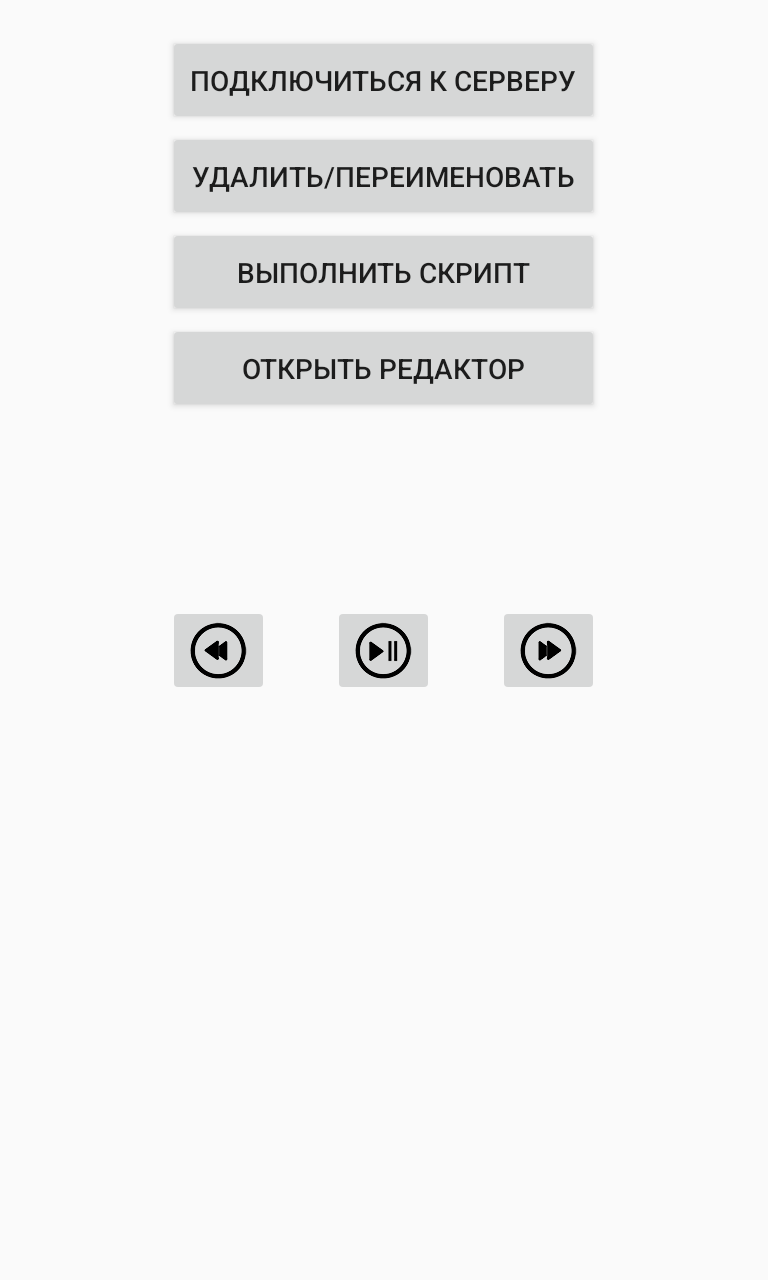
Repository: Laboratory711/Nightjar
Layout: android/Nightjar/workspace/Nightjar/res/layout/fragment_lab1.xml
An editor plug-in stored every save of this project. The layout is shown before and after the next save, followed by the edit.
It is drawn on a 768 x 1280 px phone screen (xhdpi) without system bars, with theme AppTheme; the app's code is not run.

Above is the layout before, as saved 2014-03-30 00:08:42.

### android/Nightjar/workspace/Nightjar/res/layout/fragment_lab1.xml
<RelativeLayout xmlns:android="http://schemas.android.com/apk/res/android"
    xmlns:tools="http://schemas.android.com/tools"
    android:layout_width="match_parent"
    android:layout_height="match_parent"
    android:paddingBottom="@dimen/activity_vertical_margin"
    android:paddingLeft="@dimen/activity_horizontal_margin"
    android:paddingRight="@dimen/activity_horizontal_margin"
    android:paddingTop="@dimen/activity_vertical_margin"
    tools:context="ru.vint.labsoo.Lab1$PlaceholderFragment" >

    <Button
        android:id="@+id/button1"
        android:layout_width="wrap_content"
        android:layout_height="wrap_content"
        android:layout_alignParentTop="true"
        android:layout_centerHorizontal="true"
        android:onClick="onClickButtom1"
        android:text="@string/text_buttom_Name" />

    <ImageButton
        android:id="@+id/imageButton2"
        android:layout_width="wrap_content"
        android:layout_height="wrap_content"
        android:layout_alignTop="@+id/imageButton3"
        android:layout_centerHorizontal="true"
        android:onClick="onClickPlayer"
        android:src="@drawable/play"
        android:visibility="visible" />

    <ImageButton
        android:id="@+id/imageButton1"
        android:layout_width="wrap_content"
        android:layout_height="wrap_content"
        android:layout_alignLeft="@+id/button4"
        android:layout_alignTop="@+id/imageButton2"
        android:onClick="onClickPlayer"
        android:src="@drawable/prev"
        android:visibility="visible" />

    <ImageButton
        android:id="@+id/imageButton3"
        android:layout_width="wrap_content"
        android:layout_height="wrap_content"
        android:layout_alignRight="@+id/button4"
        android:layout_below="@+id/button4"
        android:layout_marginTop="93dp"
        android:onClick="onClickPlayer"
        android:src="@drawable/next"
        android:visibility="visible" />

    <Button
        android:id="@+id/button3"
        android:layout_width="wrap_content"
        android:layout_height="wrap_content"
        android:layout_alignLeft="@+id/button1"
        android:layout_alignRight="@+id/button1"
        android:layout_below="@+id/button1"
        android:text="@string/text_buttom_del_Name" />

    <Button
        android:id="@+id/button2"
        android:layout_width="wrap_content"
        android:layout_height="wrap_content"
        android:layout_alignLeft="@+id/button3"
        android:layout_alignRight="@+id/button3"
        android:layout_below="@+id/button3"
        android:onClick="onClickBL"
        android:text="@string/text_buttom2_Name"
        android:visibility="visible" />

    <Button
        android:id="@+id/button4"
        android:layout_width="wrap_content"
        android:layout_height="wrap_content"
        android:layout_alignLeft="@+id/button2"
        android:layout_alignRight="@+id/button2"
        android:layout_below="@+id/button2"
        android:onClick="onClicNP"
        android:text="@string/text_buttom4_Name"
        android:visibility="visible" />

</RelativeLayout>

### android/Nightjar/workspace/Nightjar/res/values/strings.xml
<?xml version="1.0" encoding="utf-8"?>
<resources xmlns:android="http://schemas.android.com/apk/res/android">

    <string android:id="@+id/string5" name="text_about" android:layout_width="wrap_content" android:layout_height="wrap_content">
        \n
        \t\tДанное приложение не функцианирует без серверной части.\n
        \n\t\t<b>Для установки соединения с сервером перейдите в раздел настройки и установите IP адрес сервера и порт(если на сервере используеться порт отличный от настроек по умолчанию).</b>\n\n
        \t\tПриложение управляет некоторыми возможностями компьютера с помощью скриптового языка AutoIT.\n
        \t\tБолее полную информацию о настройках и возможностях приложения можно посмотреть в документации к серверной части.\n
        \t\tПриложение написано группой студентов.\n
        \t\t\t\tКувшинов Иван\n
        \t\t\t\tАбаев Азамат\n
        \t\t\t\tКремнева Анастасия\n
        \t\t\t\tКузнецова Полина\n
        \t\t\t\tДимеденко Ольга\n
        \t\t\t\tИванова Анастасия\n
        \n
        \t\tИспользовать данную версию приложение можно совершенно безвозмездно. =)\n
	</string>
    <string name="app_name">Nightjar</string>
    <string name="action_settings">Настройки</string>
    <string name="action_about">О программе</string>
    <string android:id="@+id/string1" name="text_IP" android:layout_width="wrap_content" android:layout_height="wrap_content">IP Адрес сервера</string>
    <string android:id="@+id/string2" name="text_Port" android:layout_width="wrap_content" android:layout_height="wrap_content">Адрес порта</string>
    <string android:id="@+id/string3" name="text_buttom_Name" android:layout_width="wrap_content" android:layout_height="wrap_content">Подключиться к серверу</string>
    <string android:id="@+id/string4" name="TV_text" android:layout_width="wrap_content" android:layout_height="wrap_content"></string>
    <string android:id="@+id/string6" name="text_buttom2_Name" android:layout_width="wrap_content" android:layout_height="wrap_content">Выполнить скрипт</string>
    <string android:id="@+id/string10" name="text_buttom_del_Name" android:layout_width="wrap_content" android:layout_height="wrap_content">Удалить/Переименовать</string>
    <string android:id="@+id/string8" name="text_buttom4_Name" android:layout_width="wrap_content" android:layout_height="wrap_content">Открыть редактор</string>
    <string android:id="@+id/string9" name="text_List" android:layout_width="wrap_content" android:layout_height="wrap_content">Выбирите скрипт</string>
    <string name="pref_IP">IP_adres</string>
    <string name="pref_App">App</string>
    <string name="pref_Port">Prot</string>
    <string name="title_activity_list">List</string>
    <string name="about_title">О программе</string>
    <string name="title_activity_notepad">Notepad</string>

</resources>

Loaded but not shown: android/Nightjar/workspace/Nightjar/res/values/styles.xml (common file); android/Nightjar/workspace/Nightjar/res/values-v11/styles.xml (common file); android/Nightjar/workspace/Nightjar/res/values-v14/styles.xml (common file); android/Nightjar/workspace/Nightjar/res/values/dimens.xml (common file); android/Nightjar/workspace/Nightjar/res/values-w820dp/dimens.xml (common file)

After the next save:
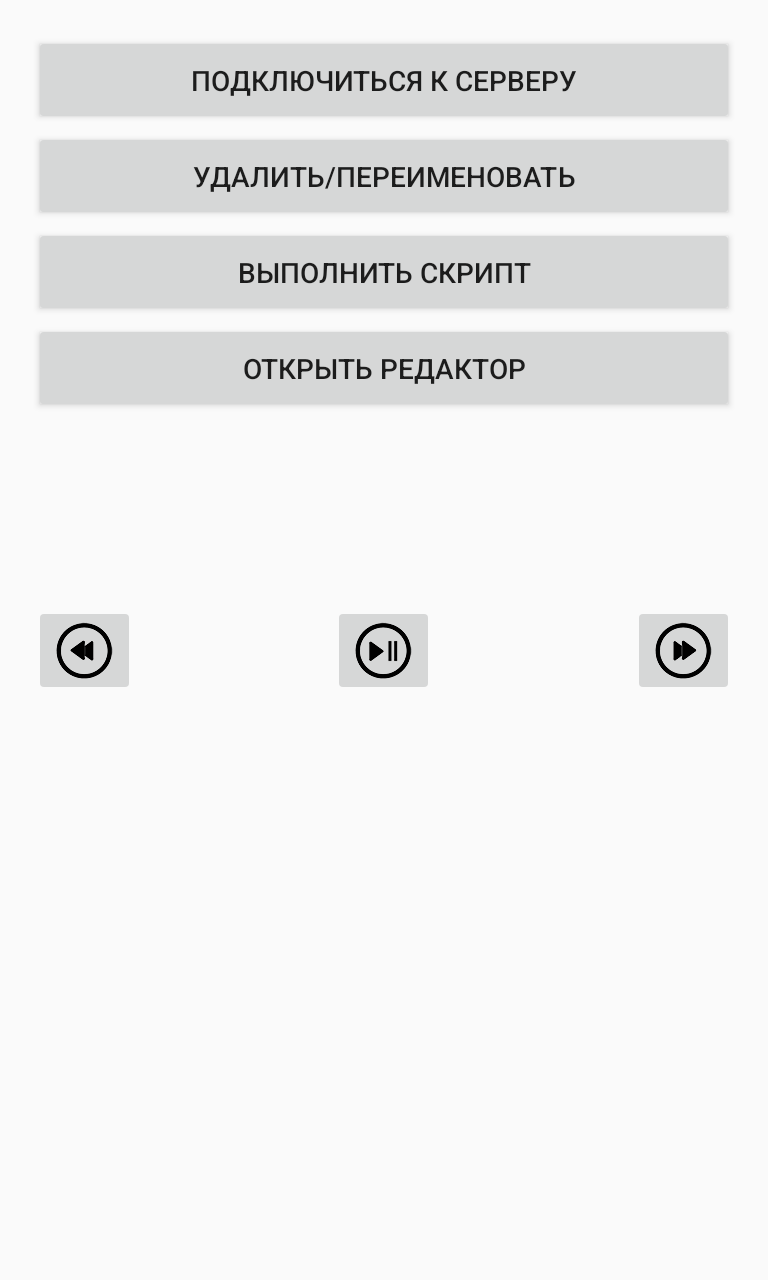
Saved 21 s later.
--- a/android/Nightjar/workspace/Nightjar/res/layout/fragment_lab1.xml
+++ b/android/Nightjar/workspace/Nightjar/res/layout/fragment_lab1.xml
@@ -12,8 +12,9 @@
         android:id="@+id/button1"
         android:layout_width="wrap_content"
         android:layout_height="wrap_content"
+        android:layout_alignParentLeft="true"
+        android:layout_alignParentRight="true"
         android:layout_alignParentTop="true"
-        android:layout_centerHorizontal="true"
         android:onClick="onClickButtom1"
         android:text="@string/text_buttom_Name" />
 
